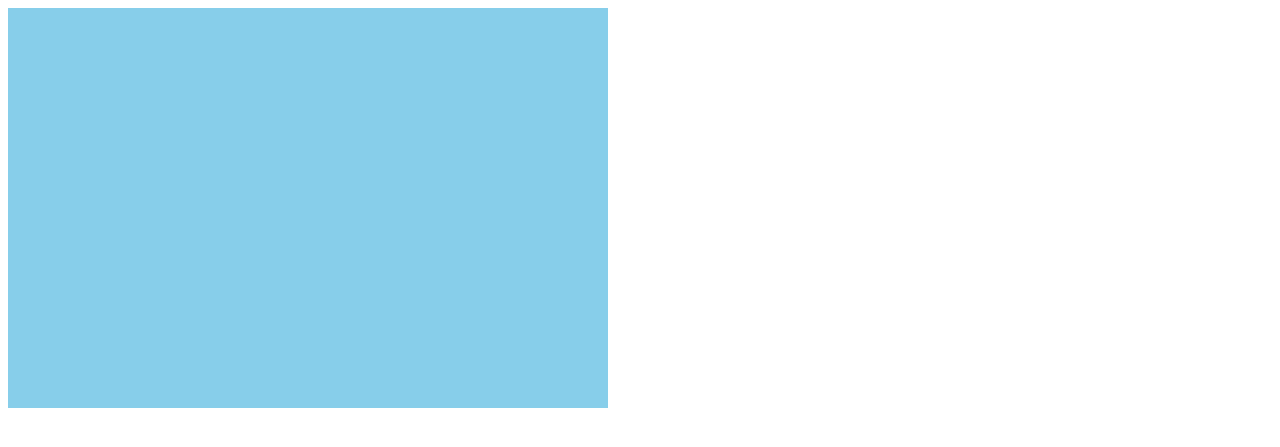
Repository: 123648923/html5-css3
Page: css/16 浮动/01 浮动简介.html
An editor plug-in stored every save of this project. The page is shown before and after the next save, followed by the edit.
The browser window is 1280 px wide. The pictures show the whole page.

Above is the page before, as saved 2023-11-07 15:20:12.

After the next save:
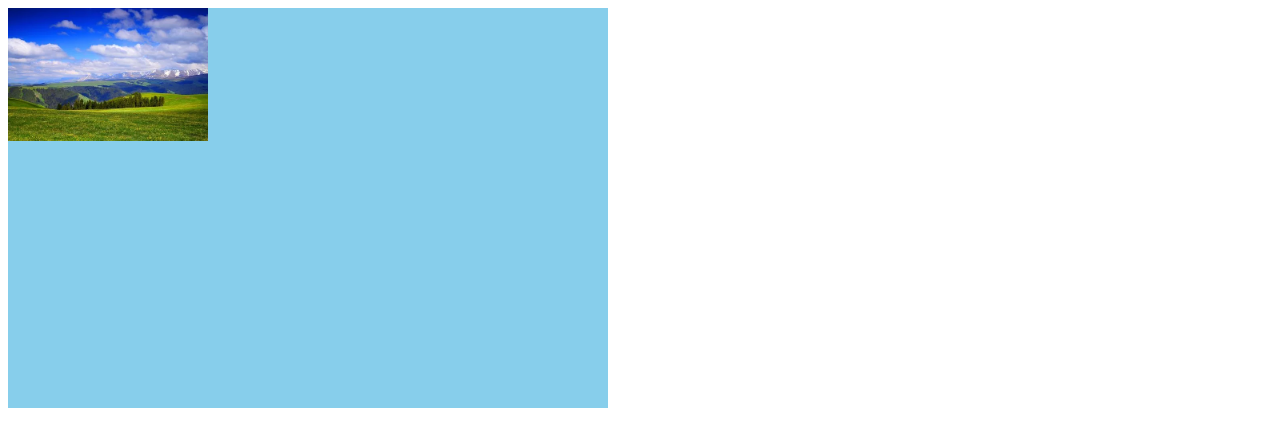
Saved 31 s later.
--- a/css/16 浮动/01 浮动简介.html
+++ b/css/16 浮动/01 浮动简介.html
@@ -10,11 +10,15 @@
             height: 400px;
             background-color: skyblue;
         }
+
+        img {
+            width: 200px;
+        }
     </style>
 </head>
 
 <body>
-    <div></div>
+    <div><img src="../../fj.webp" alt=""></div>
 </body>
 
 </html>
